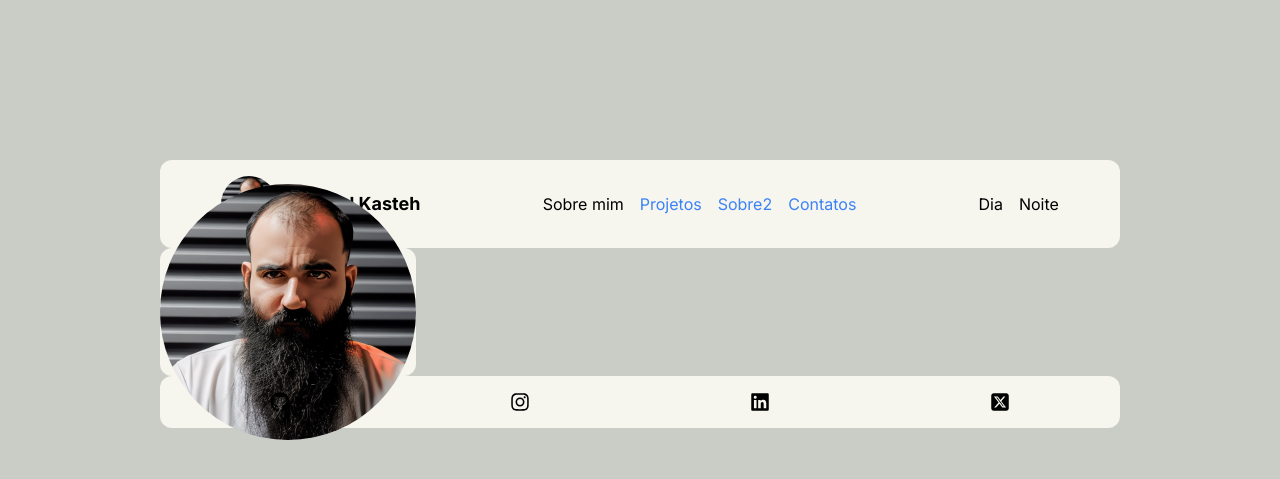
Repository: Deyvid-Kasteh/kasteh_portfolio
Page: /
An editor plug-in stored every save of this project. The page is shown before and after a run of saves, followed by the edit.
The browser window is 1280 px wide. The pictures show the whole page.
The project was rebuilt for these pictures with package versions that can differ from the ones it lists, and the page was loaded fresh each time. The framework's server and built-in components were replaced by stand-ins that run in the browser. Also part of the build but not shown: next.config.mjs.

Above is the page before, as saved 2024-03-24 18:46:42.

After the next 4 saves:
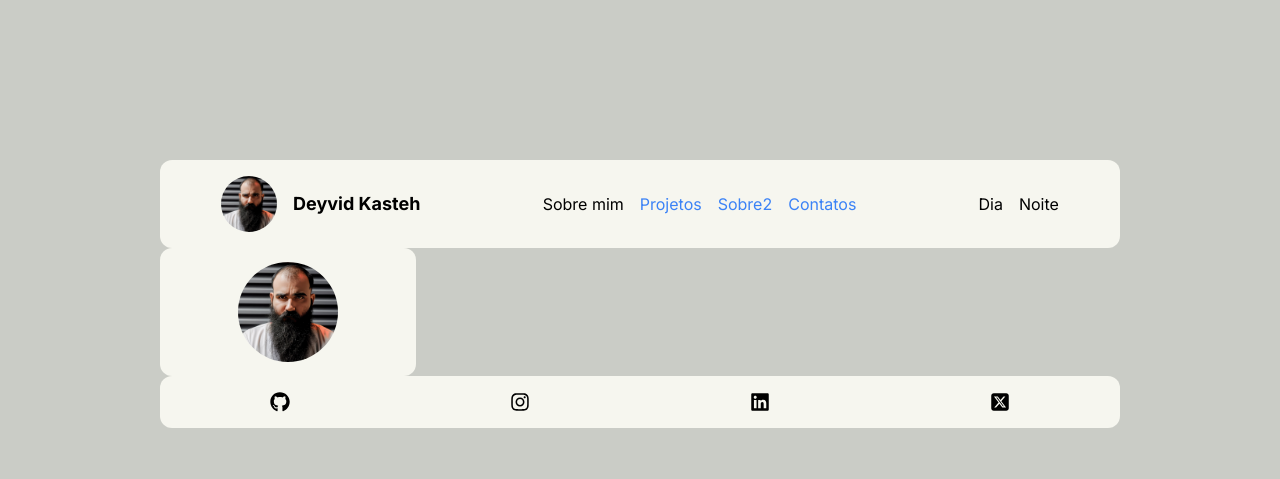
The 4 saves are shown as one change because they came seconds apart.
The last was saved 31 s later.
--- a/src/app/components/main.tsx
+++ b/src/app/components/main.tsx
@@ -4,7 +4,7 @@
 const Main: React.FC = () => {
   return (
     <main className="bg-customGrayComponents flex justify-around items-center py-4 rounded-xl w-64 h-32">
-      <MinhaFoto/>
+      <MinhaFoto height={100}/>
 
     </main>
   );

After the 5 saves that followed:
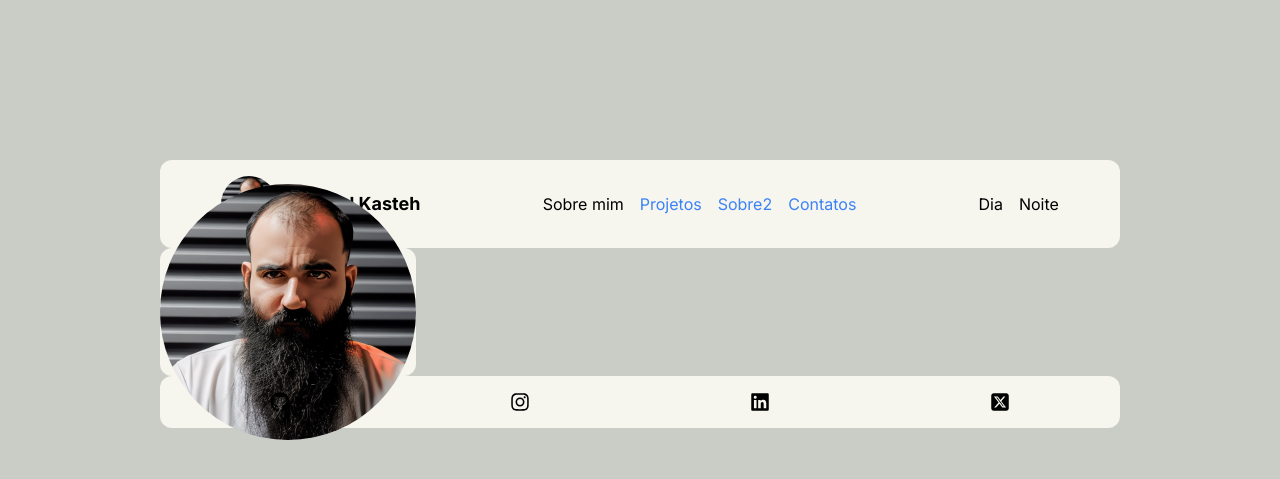
The 5 saves are shown as one change because 1 left the picture as it was and some came seconds apart.
The last was saved 18 s later.
--- a/src/app/components/main.tsx
+++ b/src/app/components/main.tsx
@@ -4,7 +4,7 @@
 const Main: React.FC = () => {
   return (
     <main className="bg-customGrayComponents flex justify-around items-center py-4 rounded-xl w-64 h-32">
-      <MinhaFoto height={100}/>
+      <MinhaFoto height={1000} width={1000}/>
 
     </main>
   );
